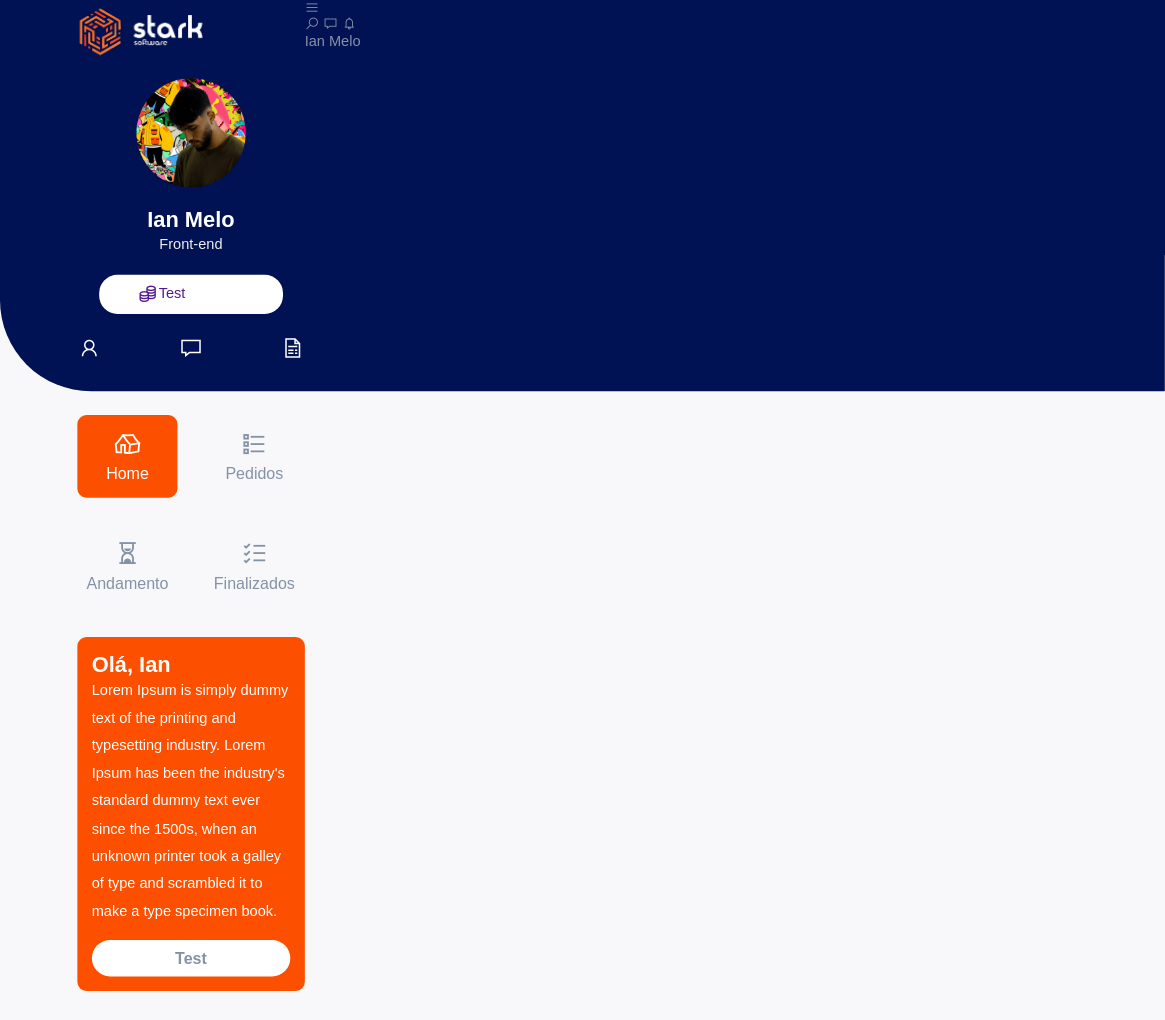
Repository: ichumbo/StarkDashboard
Page: index.html
These files come from the project's save history. The page is drawn as it stood at one moment and after the next save; the edit follows.
The browser window is 1280 px wide. The pictures show the whole page, at 91% of full size.
Pictures or frames that could not be fetched are drawn as grey boxes.

Above is the page before, as saved 2023-06-06 19:33:57.

### index.html
<!DOCTYPE html>
<html lang="pt-br">
<head>

    <meta charset="UTF-8">
    <meta http-equiv="X-UA-Compatible" content="IE=edge">
    <meta name="viewport" content="width=device-width, initial-scale=1.0">
    <title>Stark</title>
    <!--CSS-->
    <link rel="stylesheet" href="css/style.css">
    <!--Icons-->
    <link rel="stylesheet" href="https://maxst.icons8.com/vue-static/landings/line-awesome/font-awesome-line-awesome/css/all.min.css">
    <link rel="stylesheet" href="https://maxst.icons8.com/vue-static/landings/line-awesome/line-awesome/1.3.0/css/line-awesome.min.css">

</head>
<body>
    <div class="page-wrapper">
        <input type="checkbox" name="" id="menu-toggle">

        <div class="sidebar">
            <div class="brand">
                <img src="./img/blackicon.png" alt="stark" class="icon-header">
            </div>

            <div class="profile-card">
                <div class="profile-img">
                    <img src="./img/iconphoto.png" alt="Perfil" class="photo-header">
                </div>
                <div class="profile-info">
                    <h2>Ian Melo</h2>
                    <small>Front-end</small>
                </div>
                <div class="profile-action">
                    <a href="" class="btn btn-white">
                        <span class="las la-coins"></span>
                        Test
                    </a>
                </div>
                <div class="profile-icons">
                    <span class="las la-user"></span>
                    <span class="las la-comment-alt"></span>
                    <span class="las la-file-invoice"></span>
                </div>
            </div>

            <!--Menu-->

            <div class="sidebar-menu">
                <div class="menu-item">
                    <a href="" class="active">
                        <span class="las la-campground"></span>
                        <span>Home</span>
                    </a>
                </div>

                <div class="menu-item">
                    <a href="">
                        <span class="las la-list"></span>
                        <span>Pedidos</span>
                    </a>
                </div>

                <div class="menu-item">
                    <a href="">
                        <span class="las la-hourglass-half"></span>
                        <span>Andamento</span>
                    </a>
                </div>

                <div class="menu-item">
                    <a href="">
                        <span class="las la-list-alt"></span>
                        <span>Finalizados</span>
                    </a>
                </div>

            </div>

            <!--Cards-->
            <div class="sidebar-card">
                <h2>Olá, Ian</h2>
                <p>Lorem Ipsum is simply dummy text of the printing and typesetting industry. Lorem Ipsum has been the industry's standard dummy text ever since the 1500s, when an unknown printer took a galley of type and scrambled it to make a type specimen book.
                </p>
                <a href="" class="btn btn-block btn-white">Test</a>
            </div>
        </div>

        <!--Header-->
        <div class="main-content">
            <header>
                <label for="menu-toggle">
                    <span class="las la-bars"></span>
                </label>

                <div class="head-icons">
                    <span class="las la-search"></span>
                    <span class="las la-comment-alt"></span>
                    <span class="las la-bell"></span>
                    <div class="head-avartar">
                        <div class="avatar" style="background-image: url(img/1.jpeg)"></div>
                    </div>
                    <span>Ian Melo</span>
                </div>
            </header>

            <!--Main-->
            <main>

            </main>
        </div>
    </div>
</body>
</html>

### css/style.css
@import url(./global.css);
@import url(./color.css);
@import url(./sidebar.css);

/*------------------------------------------------------------------------------------------------------------------------------------------*/

#menu-toggle {
    display: none;
}

### css/global.css
@import url('https://fonts.googleapis.com');

* {
    font-family: 'Nunito', sans-serif;
    text-decoration: none;
    list-style-type: none;
    padding: 0;
    margin: 0;
    box-sizing: border-box;
}

body {
    color: var(--main-text);
    background: var(--bg-body);
}

.icon-header {
    width: 140px;
}

.photo-header {
    width: 120px;

}

.btn {
    border: none;
    outline: none;
    border-radius: 20px;
    padding: .6rem 2rem;
    display: flex;
    align-items: center;
}

.btn-white {
    background: var(--color-white);
}

.btn span {
    font-size: 1.5rem;
    display: inline-block;
    margin-left: .6rem;
}

.page-wrapper {
    width: 93%;
    margin: auto;
    display: flex;
}

.page-wrapper::before {
    content: "";
    width: 100%;
    height: 430px;
    position: absolute;
    left: 0;
    top: 0;
    background: var(--color-3);
    z-index: -1;
    border-radius: 0px 0px 0px 100px;
}

### css/color.css
:root {
    --color-main: #FC4F00;
    --color-secondary: #E57C23;
    --color-3: #001253;
    --color-dark: #100F0F;
    --color-dark-secundary: #181823;
    --bg-body: #F8F8FB;
    --color-white: #FFFFFF;
    --main-accent: #DC8449;
    --main-text: #8492A6;
    --success: #28A745;
    --danger: #DC3545;
    --shadow: rgba(0, 0, 0, 0.15) 0px 2px 8px;
}

### css/sidebar.css
.sidebar {
    width: 250px;
    margin-left: 40px;
}

.brand {
    height: 70px;
    display: flex;
    align-items: center;
}

.brand h3 {
    font-size: 1.8rem;
    color: var(--color-white);
}

/*-----------------------------------------------PROFILE----------------------------------------------*/

.profile-card {
    text-align: center;
    margin: 1rem 0rem;
}

.profile-img {
    height: 120px;
    width: 120px;
    border-radius: 50%;
    margin: auto;
    background-size: cover;
    background-repeat: no-repeat;
    margin-bottom: 1.3rem;
}

.profile-info {
    color: var(--color-white);
}

.profile-info h2 {
    margin-bottom: .3rem;
}

.profile-info small {
    font-size: 1rem;
    color: #EFEFEF;
}

.profile-action {
    margin: 1.5rem;
}

.profile-icons {
    display: flex;
    justify-content: space-between;
    align-items: center;
    margin-bottom: 3.8rem;
}

.profile-icons span {
    display: inline-block;
    color: var(--color-white);
    font-size: 1.65rem;
}

/*-----------------------------------------------MENU----------------------------------------------*/

.sidebar-menu {
    display: grid;
    grid-template-columns: repeat(2, 1fr);
    grid-gap: 1.8rem;
}

.menu-item a {
    display: block;
    width: 100%;
    padding: 1rem 0rem;
   border-radius: 10px;
}

.menu-item a span {
    display: block;
    text-align: center;
    color: var(--main-text);
    font-size: 1.1rem;
}

.menu-item a span:first-child {
    font-size: 2rem;
    margin-bottom: .4rem;
}

.menu-item a.active {
    background: var(--color-main);
}

.menu-item a.active span {
    color: var(--color-white);
}

/*-----------------------------------------------Cards----------------------------------------------*/

.sidebar-card {
    padding: 1rem;
    border-radius: 10px;
    background: var(--color-main);
    margin: 2rem 0rem;
    color: var(--color-white);
}

.sidebar-card p {
    line-height: 1.9rem;
    margin-bottom: 1rem;
}

.sidebar-card a {
    text-align: center;
    font-weight: 600;
    color: var(--main-text);
    display: block;
    font-size: 1.1rem;
}

After the next save:
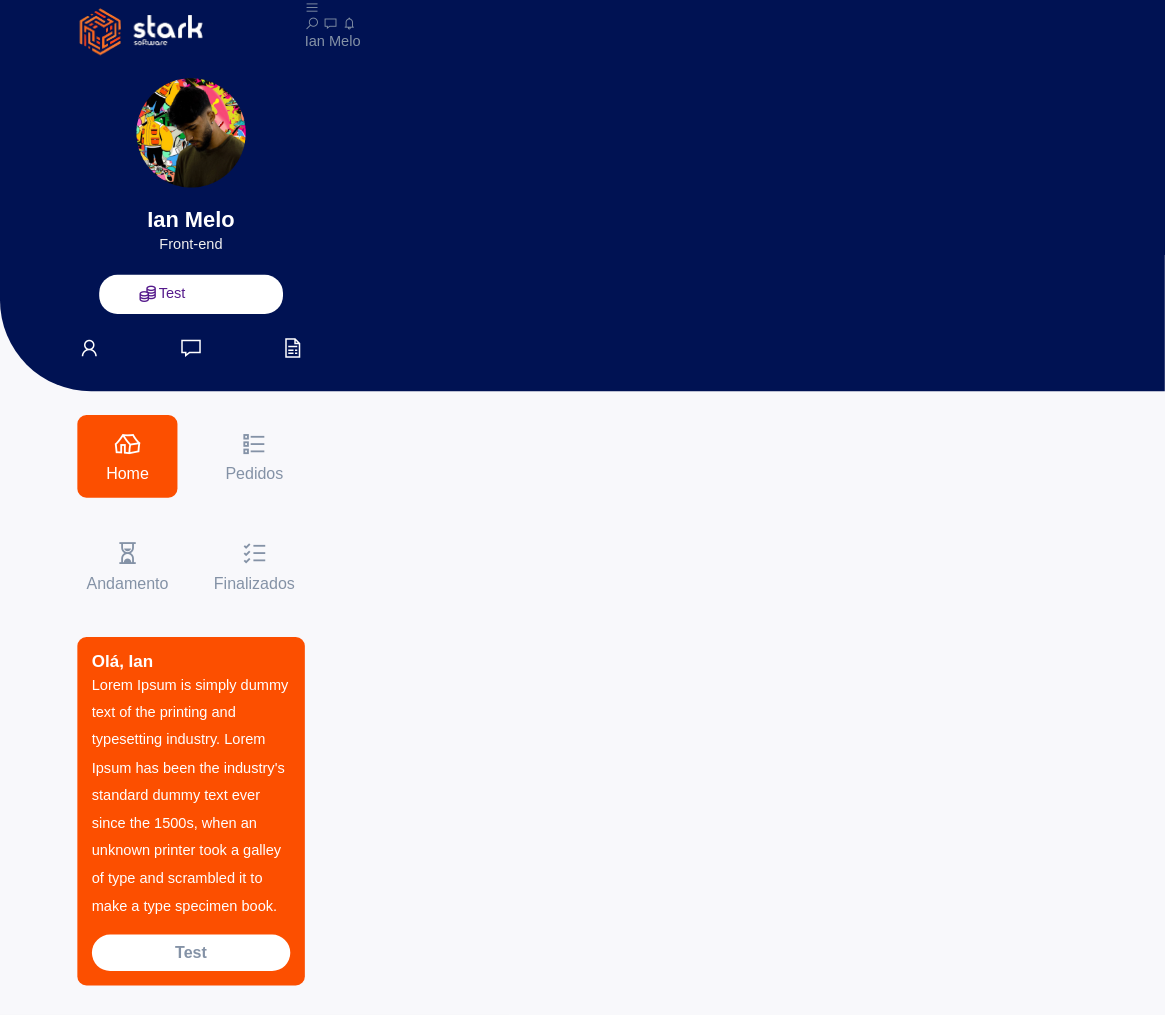
Saved 14 s later.
--- a/index.html
+++ b/index.html
@@ -78,7 +78,7 @@
 
             <!--Cards-->
             <div class="sidebar-card">
-                <h2>Olá, Ian</h2>
+                <h3>Olá, Ian</h3>
                 <p>Lorem Ipsum is simply dummy text of the printing and typesetting industry. Lorem Ipsum has been the industry's standard dummy text ever since the 1500s, when an unknown printer took a galley of type and scrambled it to make a type specimen book.
                 </p>
                 <a href="" class="btn btn-block btn-white">Test</a>
